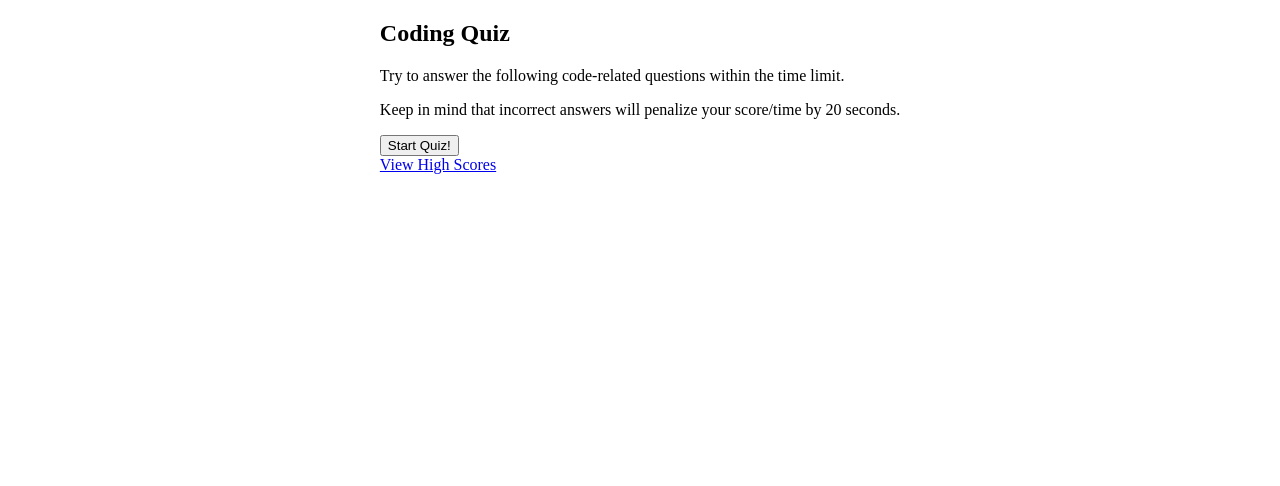
Repository: ziffoit/Code-Quiz
Page: index.html
The author's editor kept a copy of each file at every save. The page is drawn from the files as they stood at one save, then again after the next save.
The browser window is 1280 px wide. The pictures show the whole page.

Above is the page before, as saved 2021-03-14 12:34:22.

### index.html
<!DOCTYPE html>
<html lang="en">
  <head>
    <meta charset="UTF-8" />
    <meta name="viewport" content="width=device-width, initial-scale=1.0" />
    <link rel="stylesheet" href="./Assets/style.css" />
    <title>Document</title>
  </head>
  <header>
    <p class="timer"></p>
  </header>
  <body>
    <!-- hide this section -->
    <section id="titlePage">
      <h1>Coding Quiz</h1>
      <p>
        Try to answer the following code-related questions within the time
        limit.
      </p>
      <p>
        Keep in mind that incorrect answers will penalize your score/time by 20
        seconds.
      </p>
      <button id="startQuiz">Start Quiz!</button>
      <div>
        <a href="./highScore.html">View High Scores</a>
      </div>
    </section>
    <section id="quizSection">
      <h1 id="quizQuestion"></h1>
      <div id="previousResult"></div>
    </section>
    <section id="endPage">
      <h1>Finish!</h1>
      <p>
        Your final score is:
        <span id="finalScore"></span>
      </p>
      <form id="initialsForm">
        <input type="text" id="initials" />
        <button type="submit">Submit</button>
      </form>
    </section>
    <script src="./Assets/script.js"></script>
  </body>
</html>

### Assets/style.css
.hidden {
  display: none;
}

body {
  padding: 0;
  margin: 0;
  display: flex;
  width: 100vw;
  justify-content: center;
  align-items: center;
}

### Assets/script.js
var timerCount = 60
var previousResult = document.querySelector("#previousResult")
var startQuizBtn = document.querySelector("#startQuiz")
var titlePage = document.querySelector("#titlePage")
var quizQuestion = document.querySelector("#quizQuestion")
var quizSection = document.querySelector("#quizSection")
var timer;
var timerElement = document.querySelector(".timer")
var endPage = document.querySelector("#endPage")
var finalScore = document.querySelector("#finalScore")
var initials = document.querySelector("#initials")
var initialsForm = document.querySelector("#initialsForm")
var questionsArray = [
    {
        question:"Commonly used data types DO NOT include:",
        answer:["strings", "booleans", "alerts", "numbers"],
        correctAnswer:"alerts"
    },
    {
        question:"The condition within an if/else statement is enclosed within:",
        answer:["quotes", "curly brackets", "parentheses", "square brackets"],
        correctAnswer:"parentheses"
    },
    {
        question:"Arrays in JavaScript can be used to store:",
        answer:["numbers and strings", "other arrays", "booleans", "all of the above"],
        correctAnswer:"all of the above"
    },
]

var questionTracker = 0
endPage.setAttribute("class", "hidden")

//executed when start button is clicked
// local storage for keeping highscores
function startQuiz() {
    questionTracker = 0
    titlePage.setAttribute("class", "hidden")
    timer = setInterval(startTimer, 1000)
    timerElement.textContent = timerCount
    //hide titlePage section show question 1
    previousResult.textContent = ""
    timerElement.removeAttribute("class")
    quizSection.removeAttribute("class")
    renderQuestion()
}

function startTimer() {
    timerCount--
    timerElement.textContent = timerCount
    if (timerCount <= 0) {
        // Clears interval through renderEndPage
        renderEndPage()
    }
}

function renderQuestion() {
    if (questionTracker >= questionsArray.length){
        renderEndPage()
        return
    }
    var currentQuestion = questionsArray[questionTracker]
    quizQuestion.textContent = currentQuestion.question
    for (let i = 0; i < currentQuestion.answer.length; i++) {
        const answer = currentQuestion.answer[i];
        var button = document.createElement("button")
        button.textContent = answer
        button.className = "questionAnswer"
        quizSection.append(button)
        if (answer === currentQuestion.correctAnswer) {
            button.addEventListener("click", correctAnswer)
        } else {
            button.addEventListener("click", incorrectAnswer)
        }
        // when user clicks button for next question questionTracker++
    }
}

function removeButtons() {
    var buttons = document.getElementsByClassName("questionAnswer")
    while (buttons.length > 0) {
        buttons[0].remove()
    }
}

function loadNextQuestion() {
    questionTracker++
    removeButtons()
    renderQuestion()
}

function correctAnswer() {
    loadNextQuestion()
    previousResult.textContent = "Correct!"

}

//timer penalty for wrong answer
function incorrectAnswer() {
    timerCount = timerCount - 20
    timerElement.textContent = timerCount
    previousResult.textContent = "Incorrect!"
    loadNextQuestion()
}

// end of quiz
function renderEndPage() {
    var score = timerCount
    finalScore.textContent = score
    quizSection.setAttribute("class", "hidden")
    timerElement.setAttribute("class", "hidden")
    clearInterval(timer)
    endPage.removeAttribute("class")

}

function saveHighScores(event) {
    event.preventDefault()

    var scoreHistory = JSON.parse(localStorage.getItem("score")) || []
    var currentScore = {
        name: initials.value,
        score: finalScore.textContent
    }

    scoreHistory.push(currentScore)
    localStorage.setItem("score", JSON.stringify(scoreHistory))
    endPage.setAttribute("class", "hidden")
    titlePage.removeAttribute("class")
}

startQuizBtn.addEventListener("click", startQuiz)
initialsForm.addEventListener("submit", saveHighScores)

After the next save:
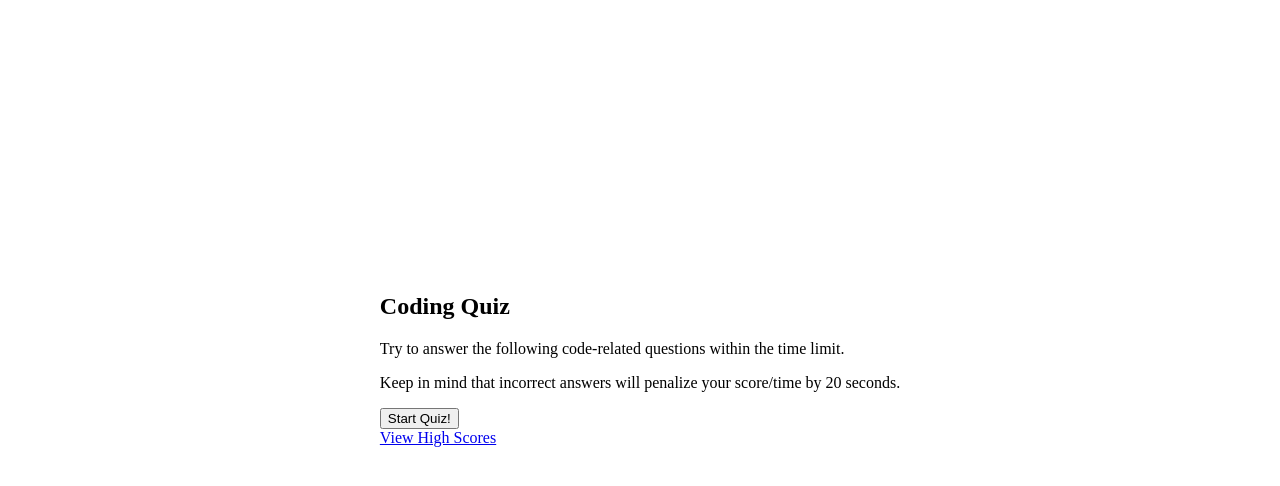
Saved 116 s later.
--- a/Assets/style.css
+++ b/Assets/style.css
@@ -1,5 +1,9 @@
 .hidden {
   display: none;
+}
+
+* {
+  box-sizing: border-box;
 }
 
 body {
@@ -7,6 +11,7 @@ body {
   margin: 0;
   display: flex;
   width: 100vw;
+  height: 100vh;
   justify-content: center;
   align-items: center;
 }
